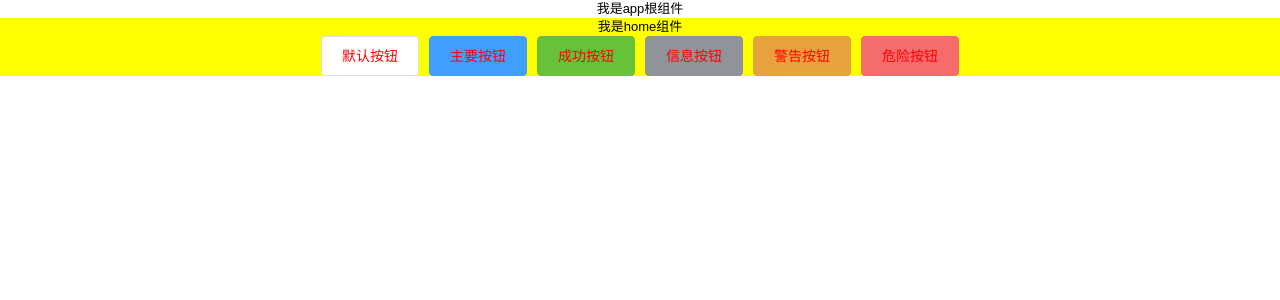
Repository: wuder-jie/Manager-System
Page: /
The author's editor kept a copy of each file at every save. The page is drawn from the files as they stood at one save, then again after a run of saves.
The browser window is 1280 px wide. The pictures show the whole page.
The project was rebuilt for these pictures with package versions that can differ from the ones it lists, and the page was loaded fresh each time. Also part of the build but not shown: vue.config.js.

Above is the page before, as saved 2022-11-26 14:47:46.

After the next 2 saves:
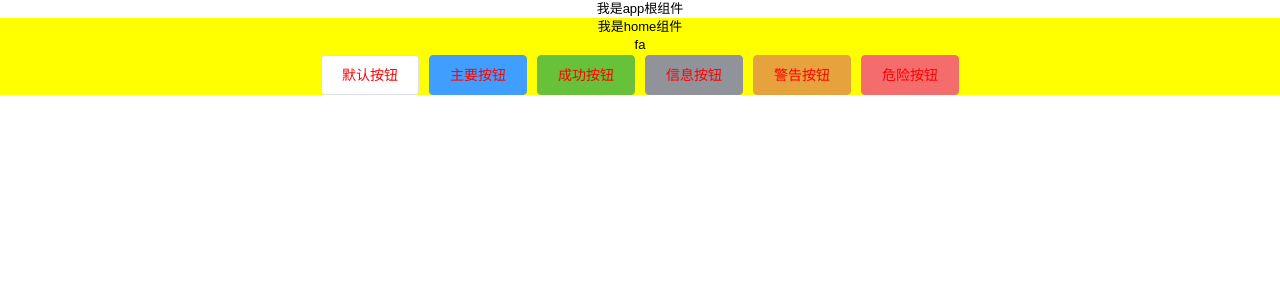
The 2 saves are shown as one change because they came seconds apart.
The last was saved 86 s later.
--- a/src/pages/home/index.vue
+++ b/src/pages/home/index.vue
@@ -1,6 +1,7 @@
 <template>
   <div id="home">
     <h3>我是home组件</h3>
+    fa
     <el-row>
       <el-button>默认按钮</el-button>
       <el-button type="primary">主要按钮</el-button>
